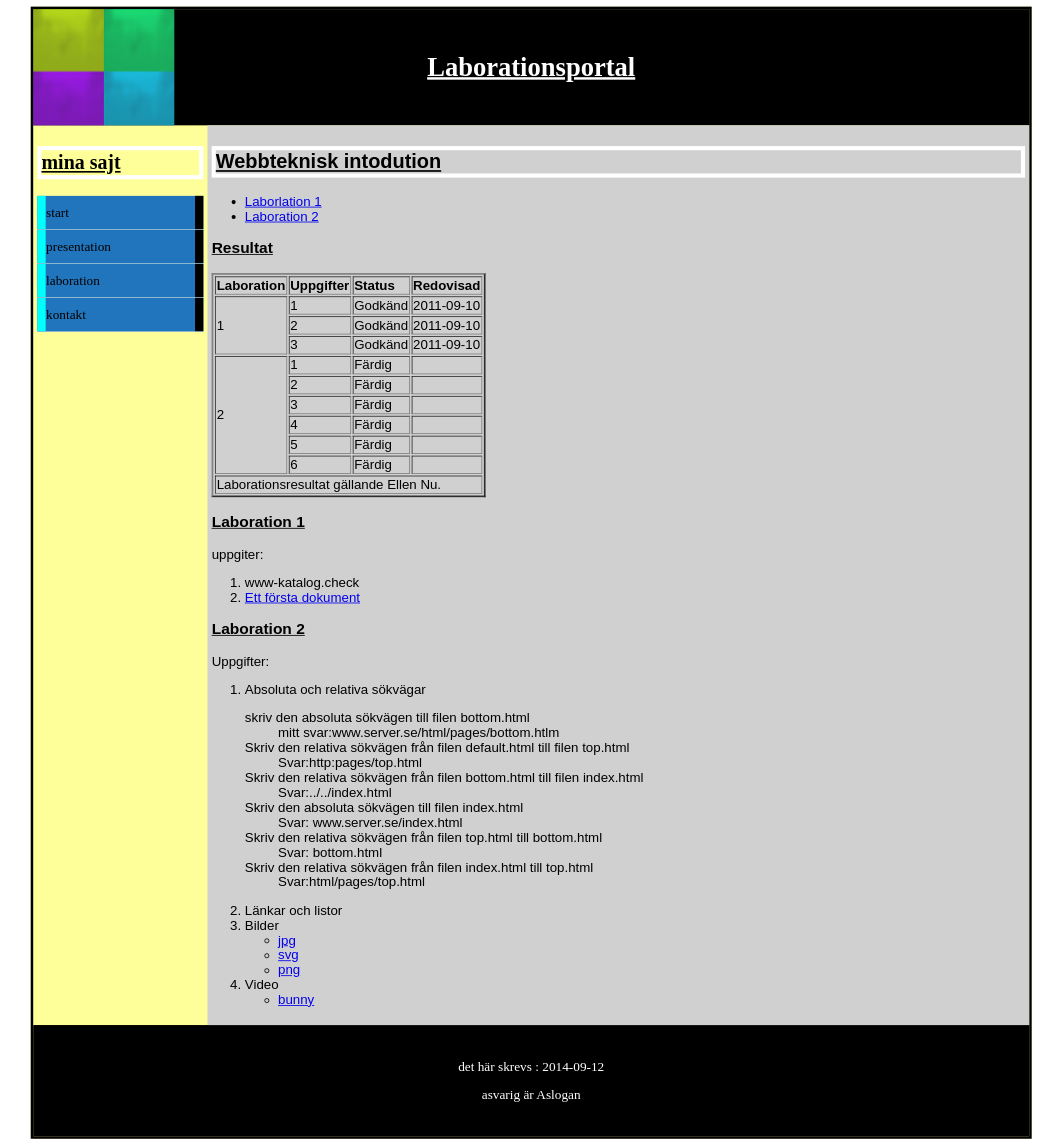
Repository: ar222rk/1IK415-ar222rk-Laboration
Page: pages/laboration.html
The author's editor kept a record of every edit. The page is drawn from the files as they stood at one moment, then again after the next edit.
The browser window is 1280 px wide. The pictures show the whole page, at 83% of full size.

Above is the page before.

After the next edit:
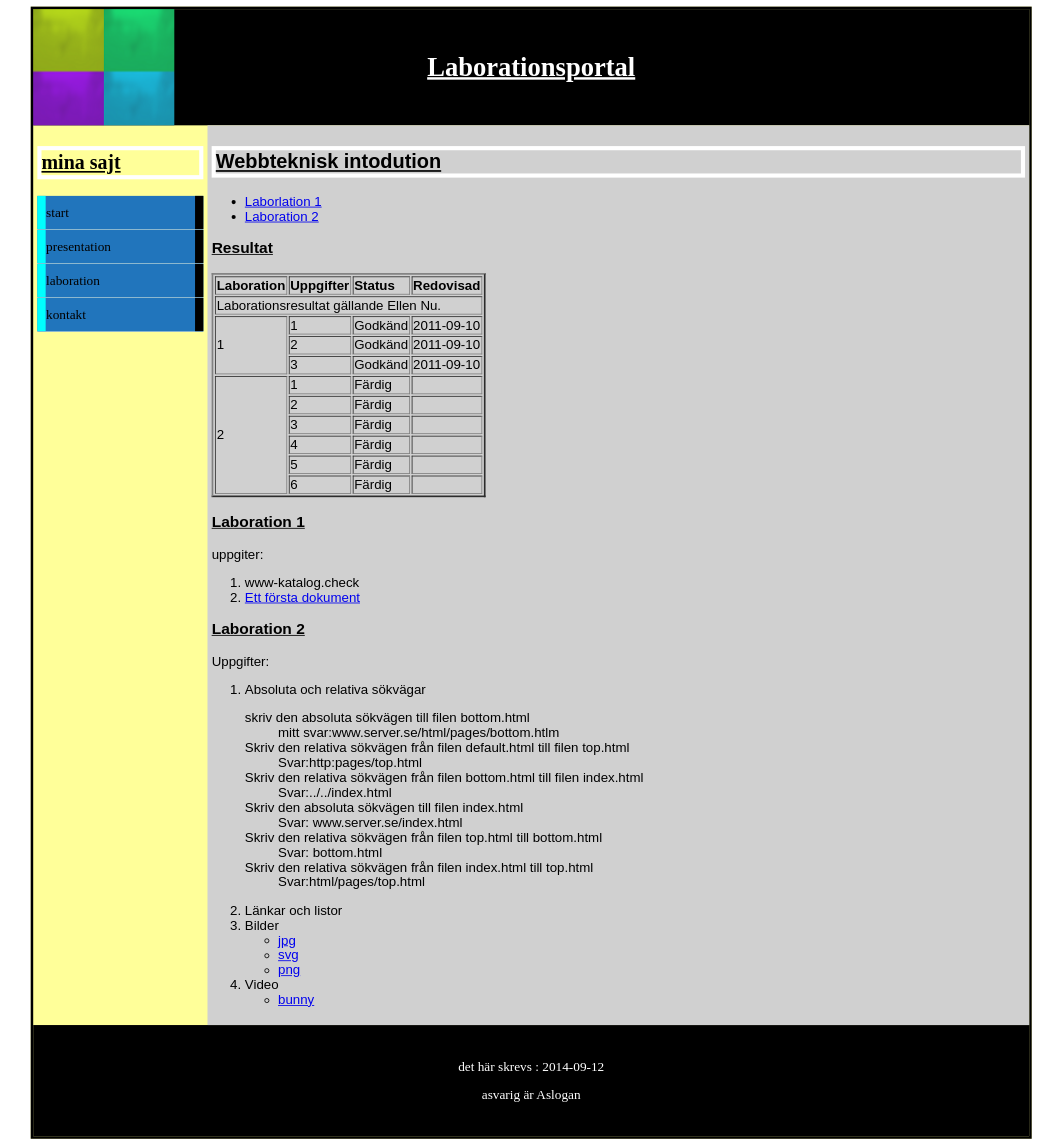
The edit:
--- a/pages/laboration.html
+++ b/pages/laboration.html
@@ -44,13 +44,13 @@
                      <td> <strong>Redovisad</strong></td>
                   </tr>
              </thead>
-             <tbody>
-                     <tr>
-                         <td rowspan="3">1</td>
-                         <td> 1</td>
-                         <td> Godkänd</td>
-                         <td> 2011-09-10</td>
-                     </tr>
+             <tfoot>
+                 <tr>
+                     <td rowspan="3">1</td>
+                     <td> 1</td>
+                     <td> Godkänd</td>
+                     <td> 2011-09-10</td>
+                 </tr>
 
 
                    <tr>
